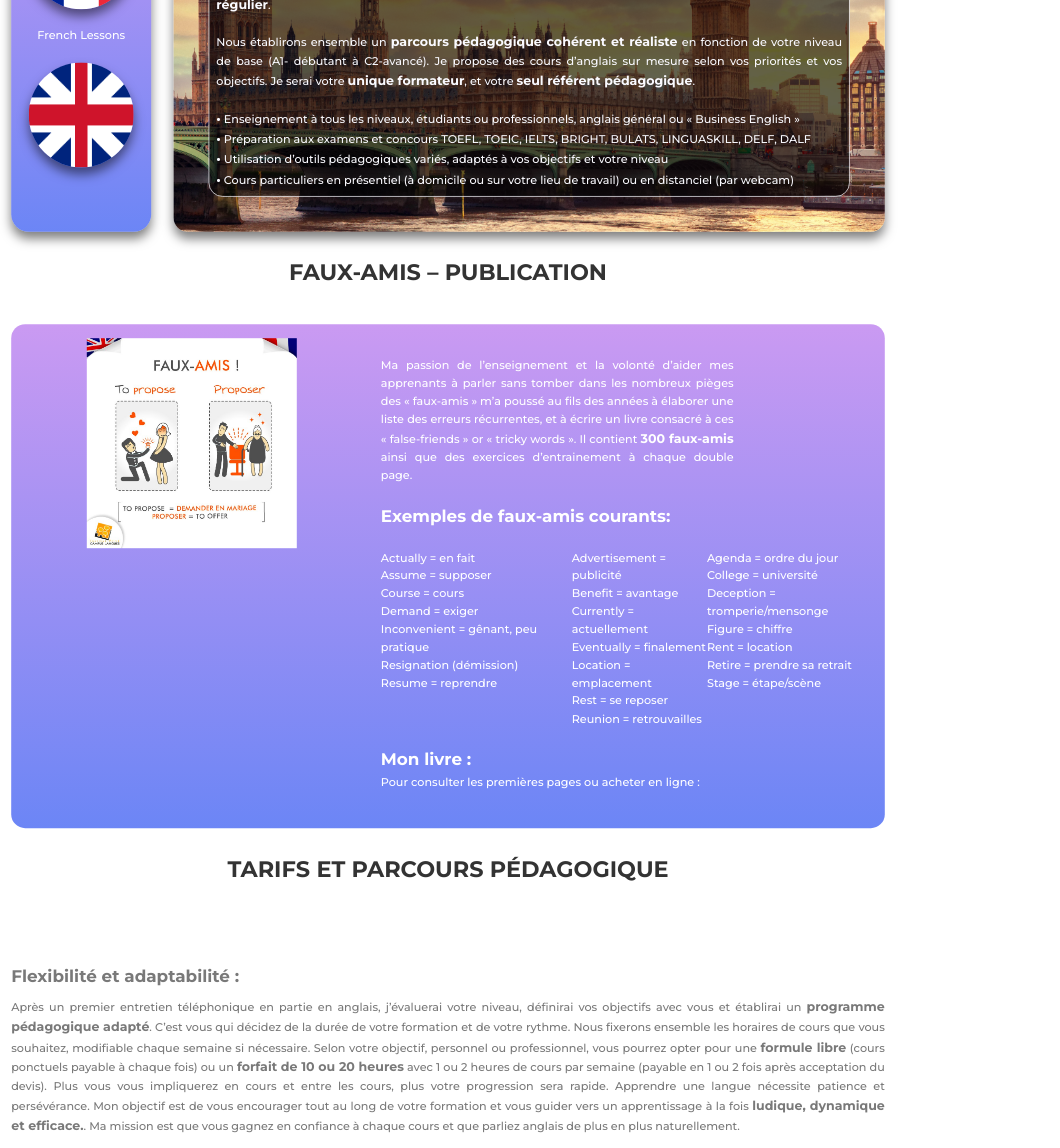
Repository: TheHikuro/FormAnglais
Page: www/index.html
An editor plug-in stored every save of this project. The page is shown before and after the next save, followed by the edit.
The browser window is 1280 px wide. The page is 1514 px wide, so the pictures cover 1514 px, including what lies to the right of the window. The pictures show the part of the page from y = 2243 to 3883 px (the page is 5116 px tall), at 70% of full size.
Some web libraries are served in a nearby version.

Above is the page before, as saved 2021-06-10 20:03:54.
Console error: TypeError: Cannot read properties of null (reading 'classList')

After the next save:
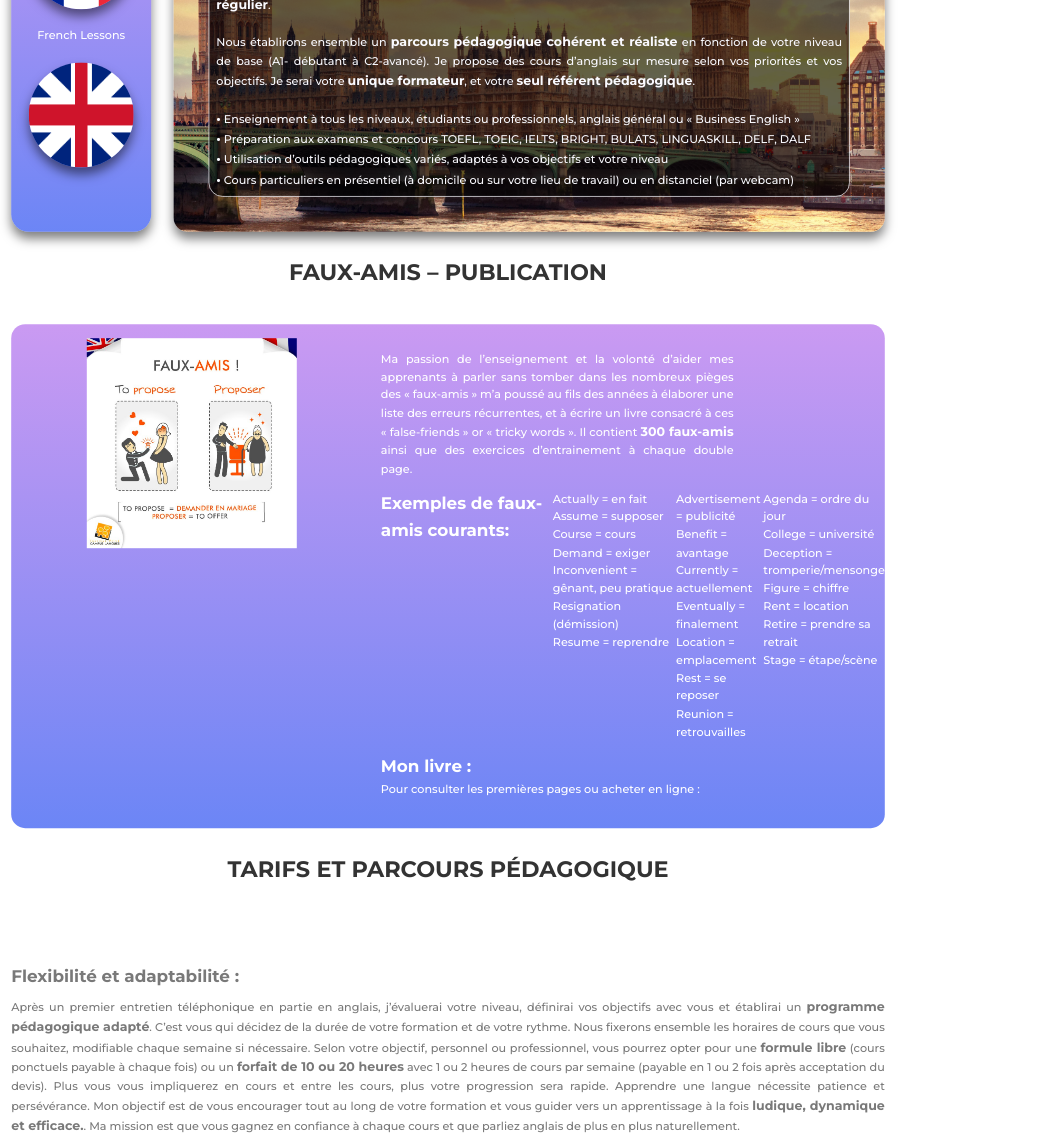
Saved 21 s later.
--- a/www/index.html
+++ b/www/index.html
@@ -136,8 +136,8 @@
                                     à chaque double page.
                                 </p>
                             </div>
-                            <h2>Exemples de faux-amis courants:</h2>
                             <div class="fxA2">
+                                <h2>Exemples de faux-amis courants:</h2>
                                 <div class="ex_fx">
                                     <p>Actually = en fait</p>
                                     <p>Assume = supposer</p>

After the save that followed:
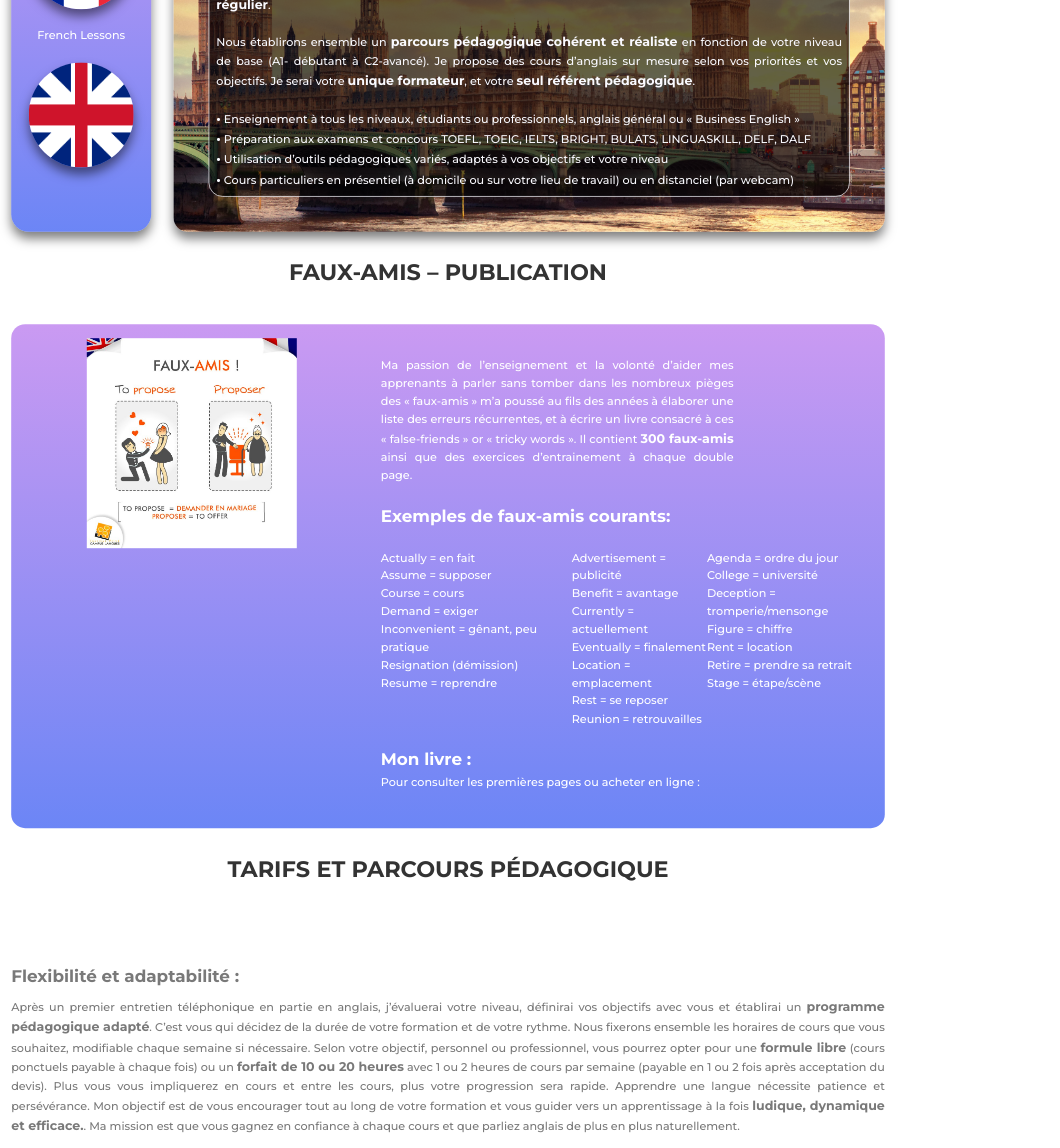
Saved 41 s later.
--- a/www/index.html
+++ b/www/index.html
@@ -136,8 +136,8 @@
                                     à chaque double page.
                                 </p>
                             </div>
+                            <h2>Exemples de faux-amis courants:</h2>
                             <div class="fxA2">
-                                <h2>Exemples de faux-amis courants:</h2>
                                 <div class="ex_fx">
                                     <p>Actually = en fait</p>
                                     <p>Assume = supposer</p>
